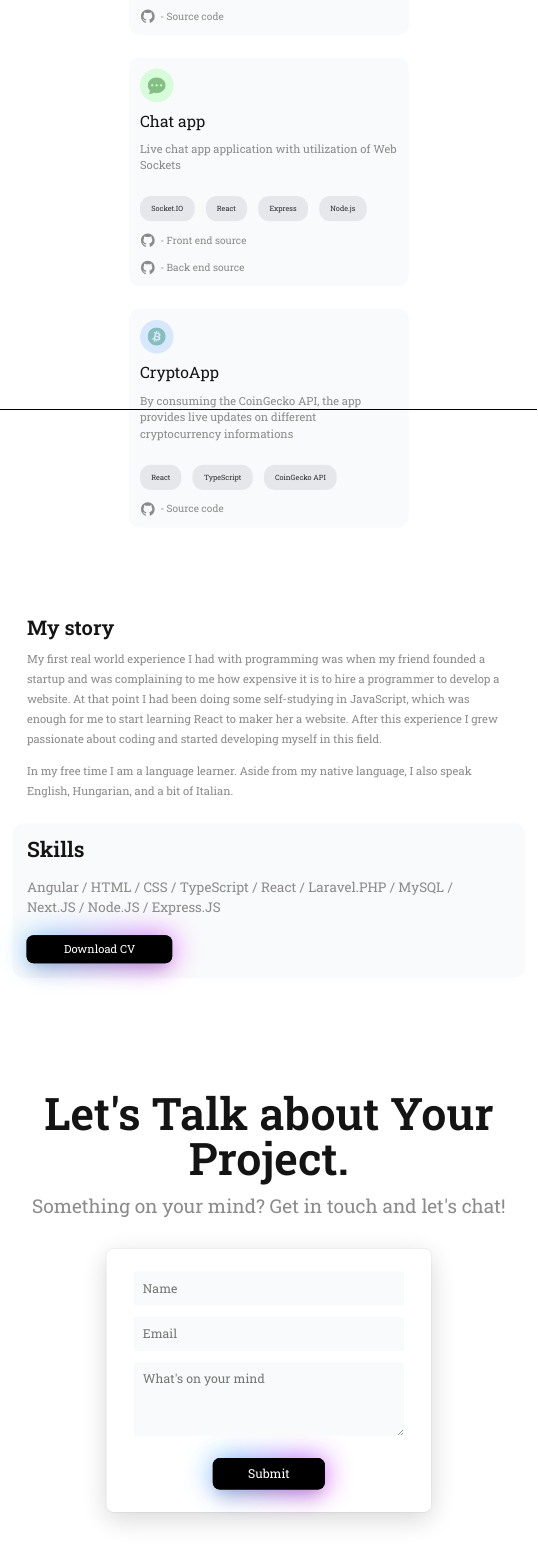
Repository: Leoka2000/portfolio-final
Page: /
These files come from the project's save history. The page is drawn as it stood at one moment and after the next save; the edit follows.
The browser window is 768 px wide. The pictures show the part of the page from y = 2320 to 4560 px (the page is 4560 px tall before and 4518 px after), at 70% of full size.
Some web fonts or font styles are not loaded; a fallback is used. The project was rebuilt for these pictures with package versions that can differ from the ones it lists, and the page was loaded fresh each time. Some packages were replaced by stand-ins written for this rebuild. Also part of the build but not shown: src/App.css. Imported but missing from the stored project, and not drawn on this page: src/assets/BioNexus.mp4, src/assets/LeoCV.pdf, src/assets/ScholarSearch.mp4, src/assets/chat-app.mp4.

Above is the page before, as saved 2023-09-27 14:25:46.

After the next save:
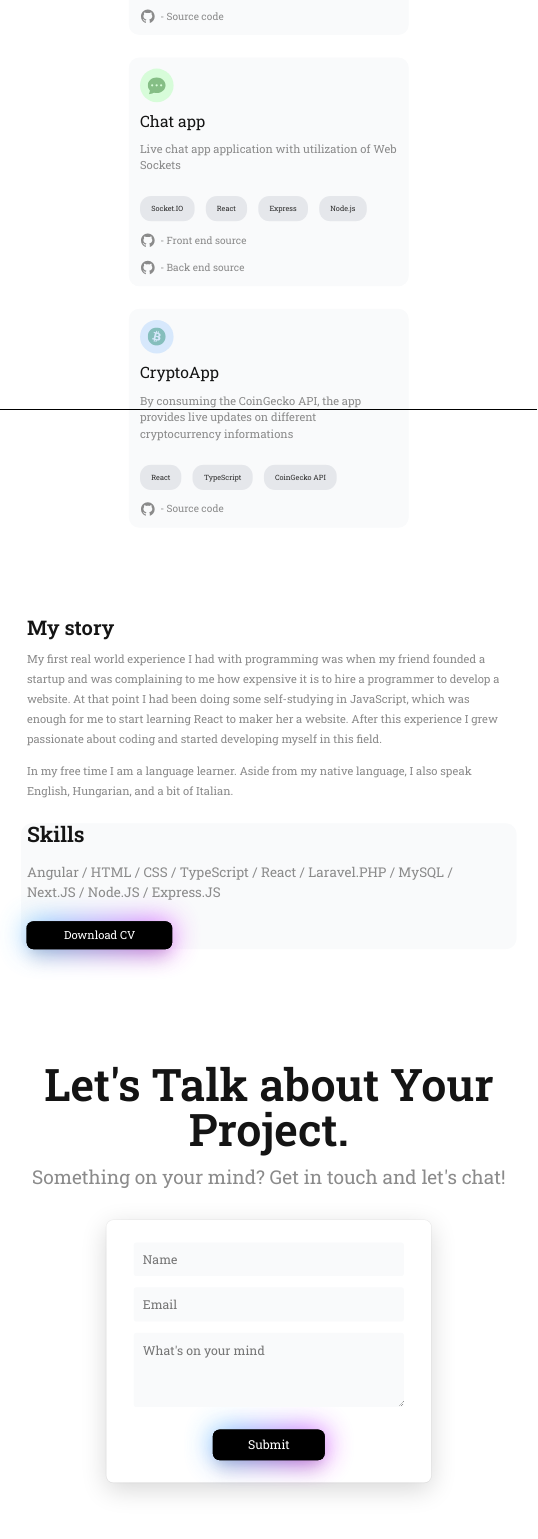
Saved 51 s later.
--- a/src/pages/main/about/about.css
+++ b/src/pages/main/about/about.css
@@ -134,6 +134,7 @@
     }
     .right {
         width: 90%;
+        padding: 0 0.5rem 0 0.5rem;
 
 
 

After the save that followed:
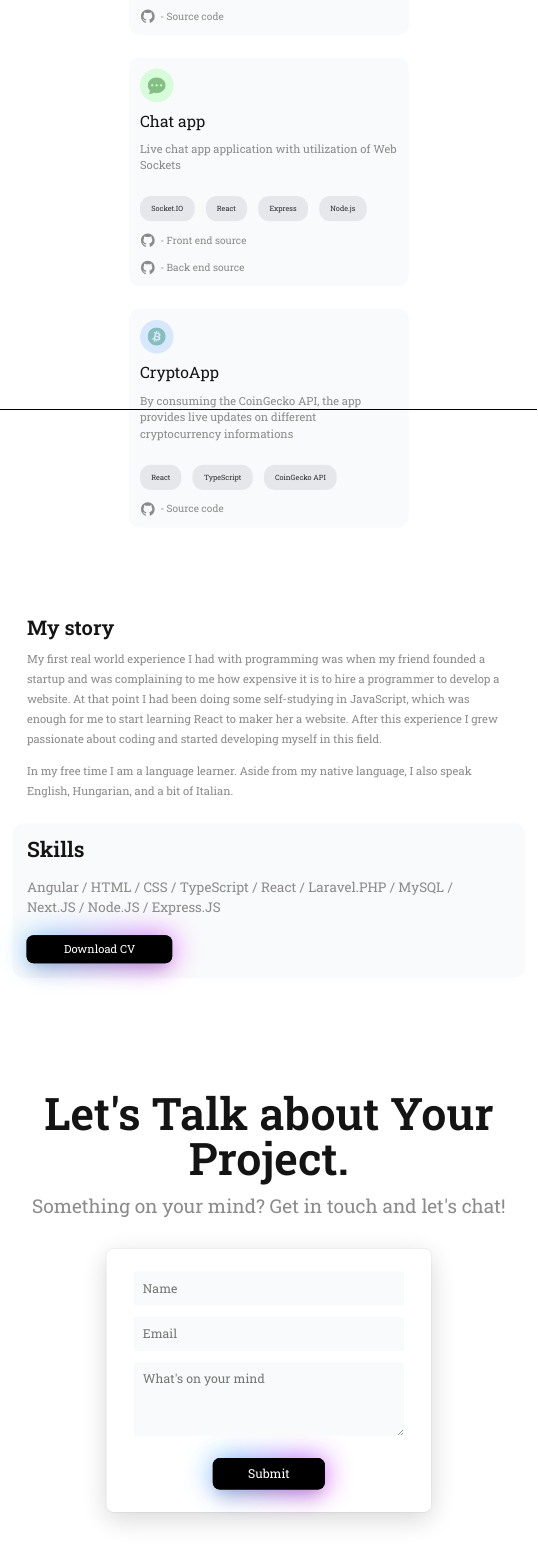
Saved 13 s later.
--- a/src/pages/main/about/about.css
+++ b/src/pages/main/about/about.css
@@ -134,7 +134,7 @@
     }
     .right {
         width: 90%;
-        padding: 0 0.5rem 0 0.5rem;
+        margin: 0 0.5rem 0 0.5rem;
 
 
 
